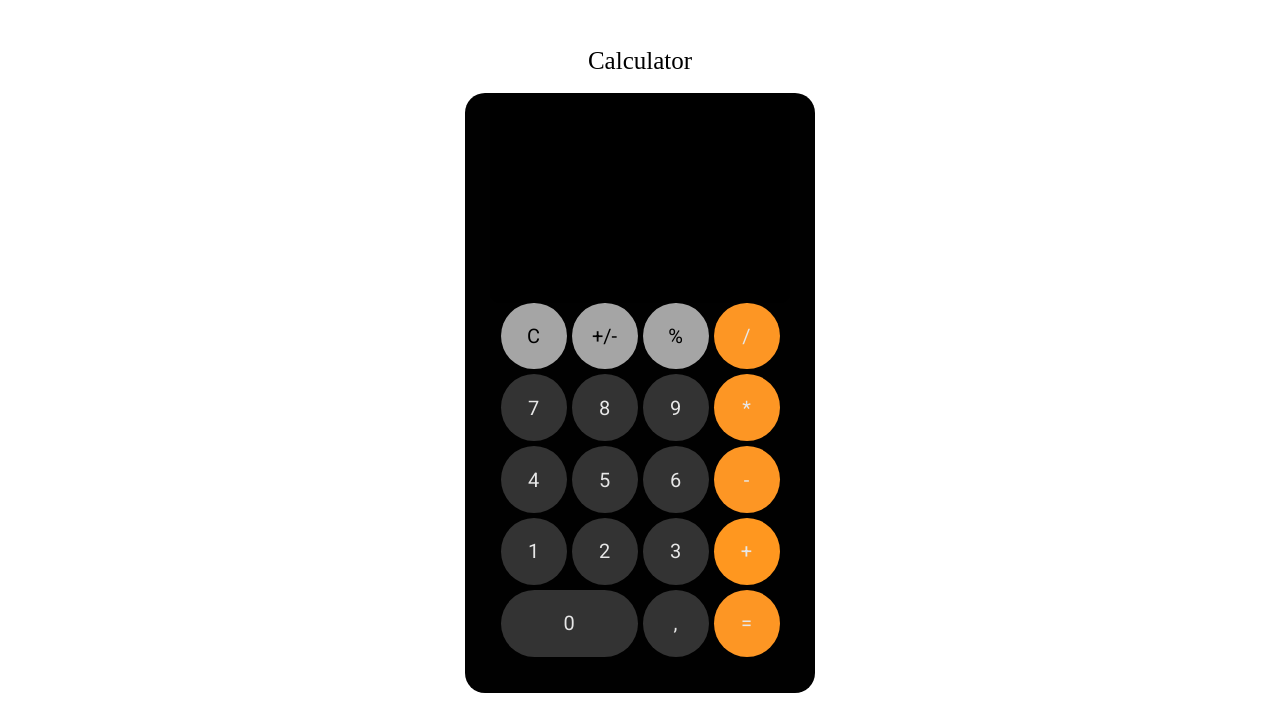
Repository: Gibon9/SimpleCalc
Page: index.html
These files come from the project's save history. The page is drawn as it stood at one moment and after the next save; the edit follows.
The browser window is 1280 px wide. The pictures show the whole page.
The pointer rests on the first visible `.calc-button-operation`.
Some web fonts or font styles are not loaded; a fallback is used.

Above is the page before, as saved 2020-11-27 19:54:53.

After the next save:
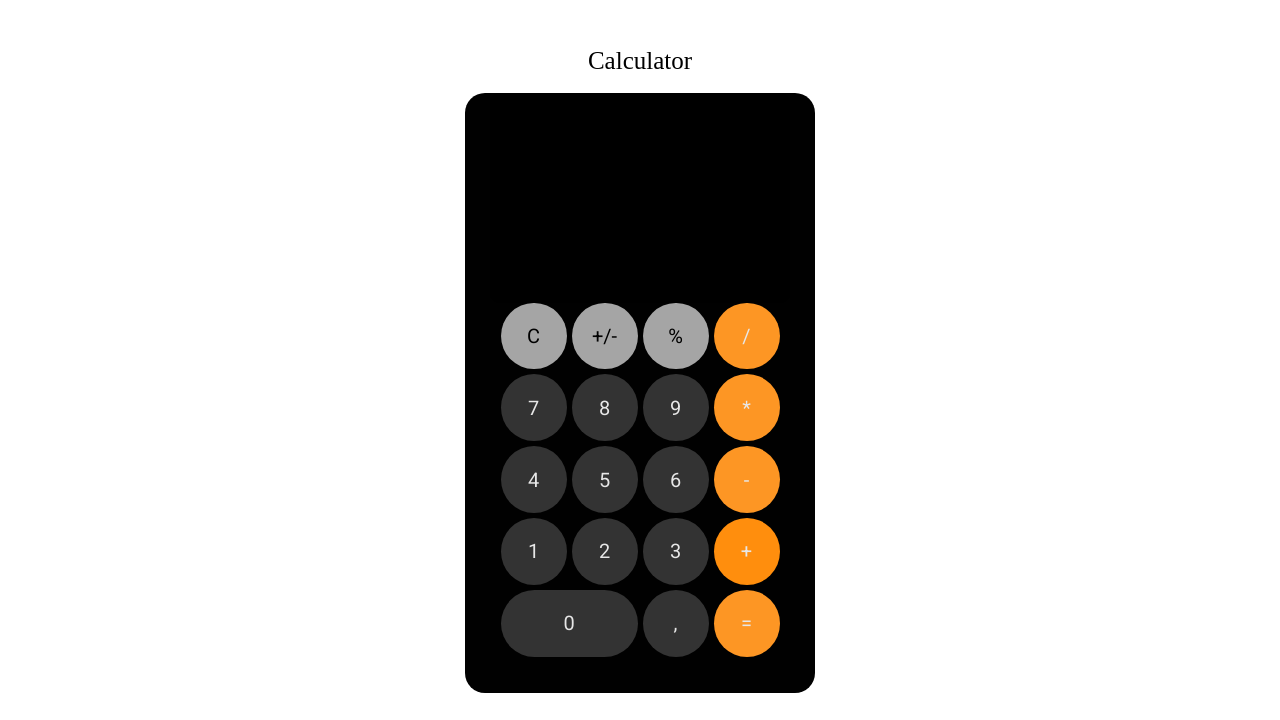
Saved 34 s later.
--- a/style/style.css
+++ b/style/style.css
@@ -79,7 +79,7 @@
 }
 
 .calc-button-operation:hover {
-  background-color: #ff971f;
+  background-color: #ff8e0d;
 }
 
 .calc-button-secondary {
